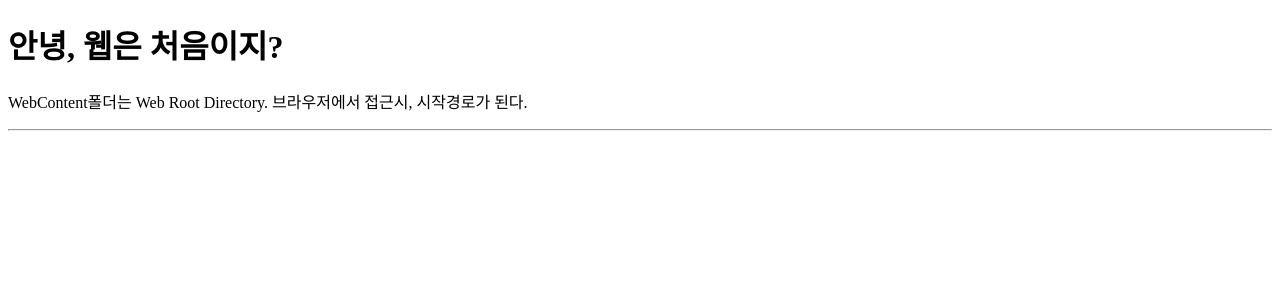
Repository: uriquely/web_server_assignment
Page: 210206_server_assignment/01_HelloWeb/WebContent/index.html
The author's editor kept a copy of each file at every save. The page is drawn from the files as they stood at one save, then again after the next save.
The browser window is 1280 px wide. The pictures show the whole page.

Above is the page before, as saved 2021-02-02 02:46:37.

### 210206_server_assignment/01_HelloWeb/WebContent/index.html
<!DOCTYPE html>
<html>
	<head>
		<meta charset="utf-8"/>
	</head>
	<body>
		<h1>안녕, 웹은 처음이지?</h1>
		<p>
			WebContent폴더는 Web Root Directory.
			브라우저에서 접근시, 시작경로가 된다.
		</p>
		<hr />
	</body>
</html>

After the next save:
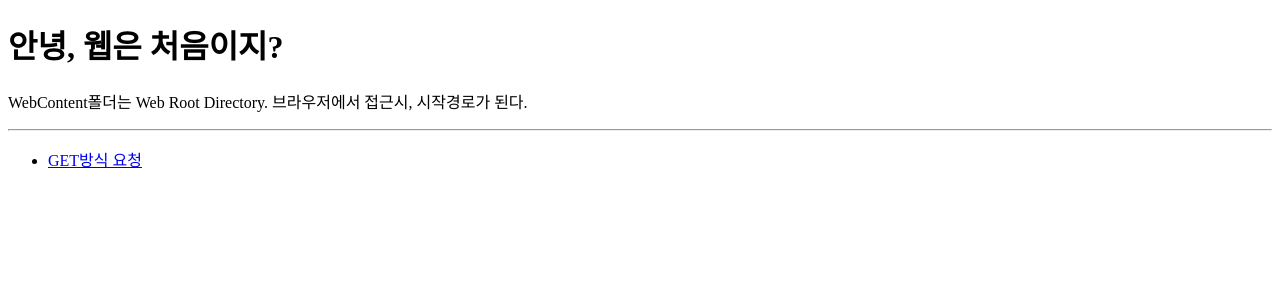
Saved 74 s later.
--- a/210206_server_assignment/01_HelloWeb/WebContent/index.html
+++ b/210206_server_assignment/01_HelloWeb/WebContent/index.html
@@ -10,5 +10,9 @@
 			브라우저에서 접근시, 시작경로가 된다.
 		</p>
 		<hr />
+		<!-- ul+ -->
+		<ul>
+			<li><a href="/web/servlet/testPerson1.html">GET방식 요청</a></li>
+		</ul>
 	</body>
 </html>
